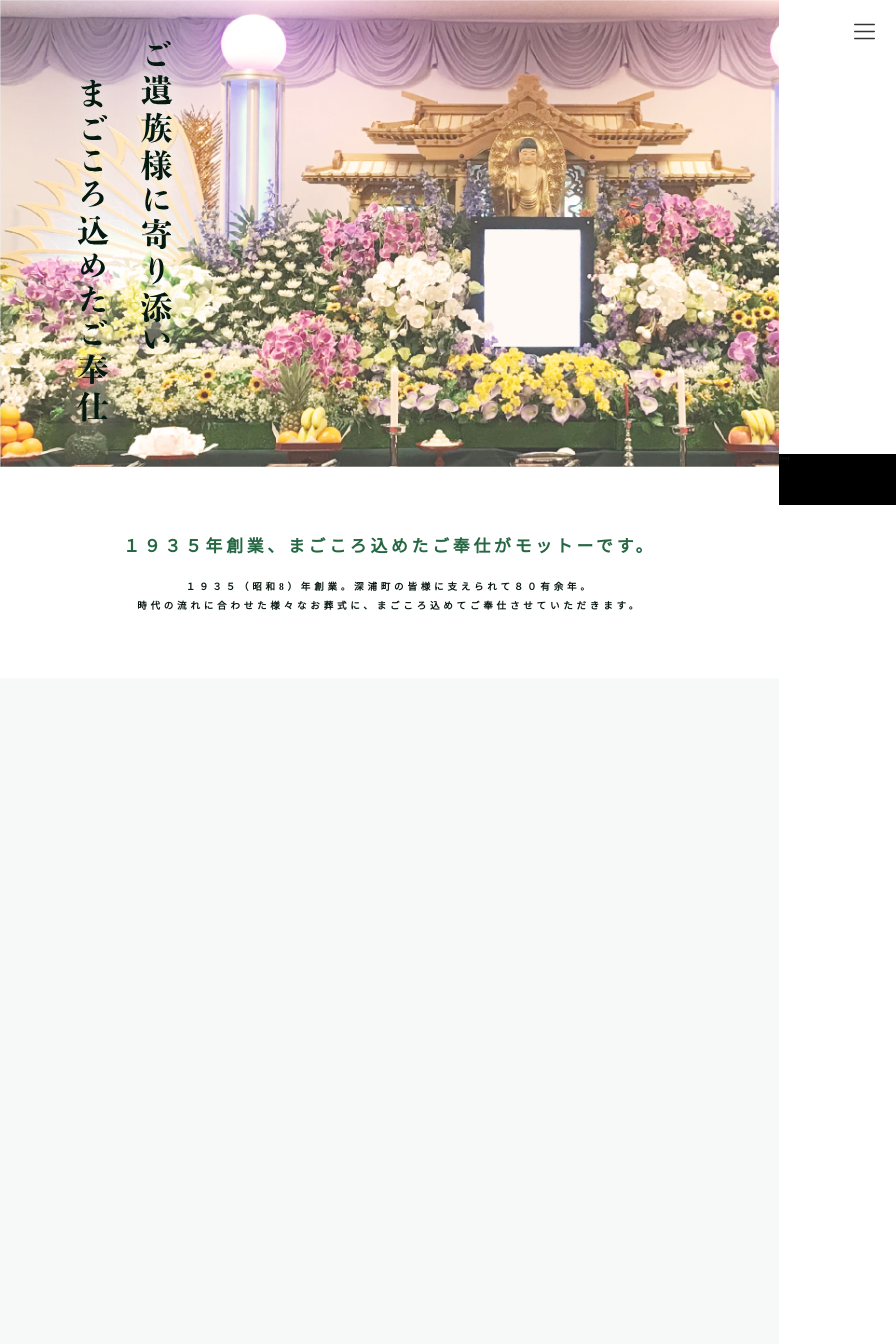
Repository: plus-agc-service-yamauchi/yoshii_scratch_ver3
Page: index.html
An editor plug-in stored every save of this project. The page is shown before and after the next save, followed by the edit.
The browser window is 1280 px wide. The pictures show the part of the page from y = 0 to 1920 px (the page is 3726 px tall), at 70% of full size.
Some web libraries are served in a nearby version. The style sheet was rebuilt from its Sass, Less or Tailwind sources for each picture, by a compiler version that may differ from the author's.

Above is the page before, as saved 2021-01-28 22:56:33.
Console error (its wording comes from the project's code and is left out).

After the next save:
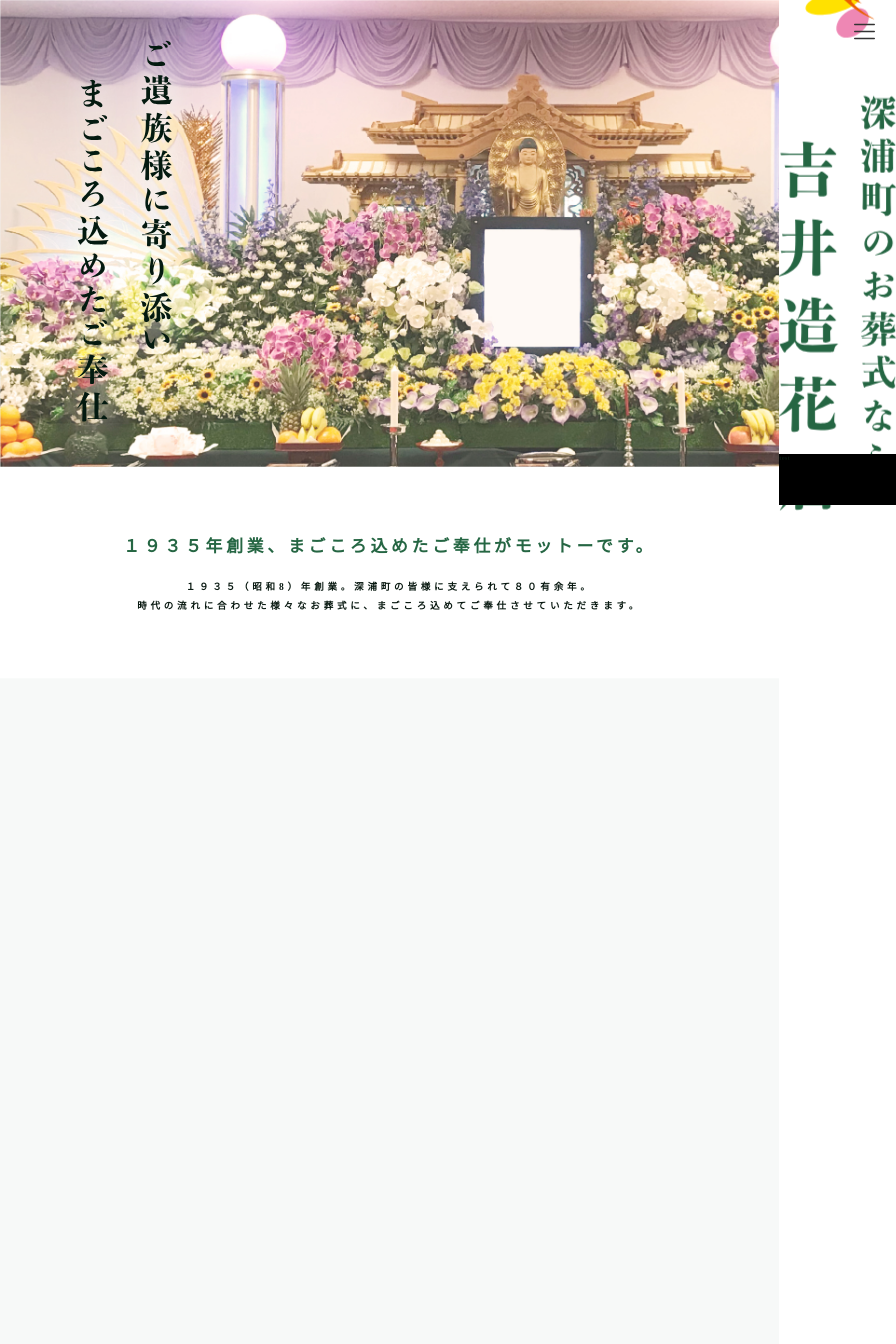
Saved 8 s later.
--- a/index.html
+++ b/index.html
@@ -309,7 +309,7 @@
             </div>
             <div class="right" style="height:100vh;">
                 <div style="height:90%;display:flex;justify-content:center;align-items:center;">
-                    <p style="position:fixed;"><img src="img/logo.svg" alt="" width:100%;></p>
+                    <p style="position:fixed;"><img src="img/logo.svg" alt="" width="100%"></p>
                 </div>
                 <div style="height:10%;background:#000;position:fixed;bottom:0;width:100%;">test</div>
                 <!-- サイドバー -->
